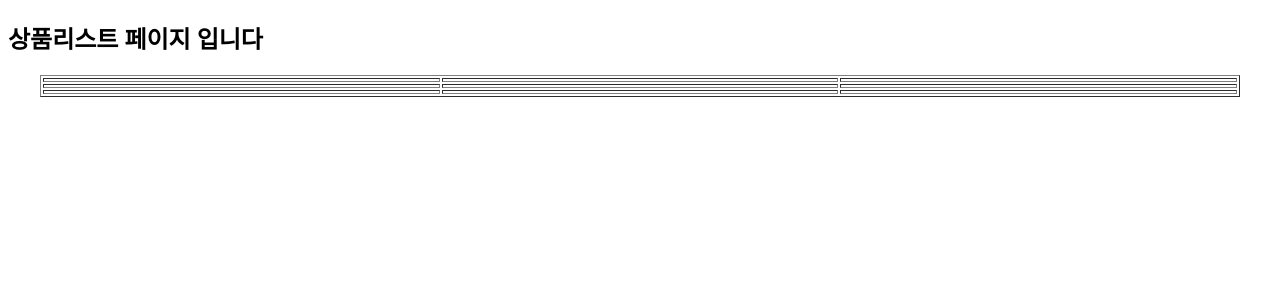
Repository: simjinbo/shoppingmall-lookbom
Page: http://localhost/lookBomProject/views/product/productListView.jsp
The author's editor kept a copy of each file at every save. The page is drawn from the files as they stood at one save, then again after the next save.
The browser window is 1280 px wide. The pictures show the whole page.
The page is served by Tomcat 9. Nobody is signed in. The application's start-up code is not run.

Above is the page before, as saved 2019-03-12 03:44:00.

After the next save:
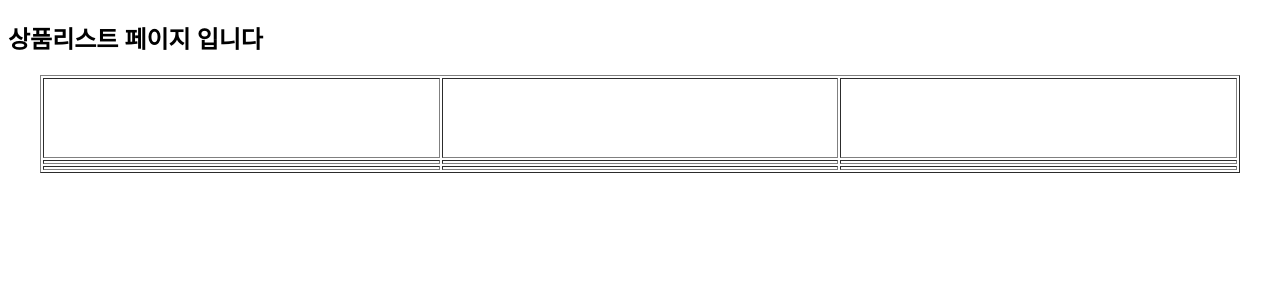
Saved 22 s later.
--- a/lookBomProject/web/views/product/productListView.jsp
+++ b/lookBomProject/web/views/product/productListView.jsp
@@ -9,7 +9,7 @@
 <body>
 <h2>상품리스트 페이지 입니다</h2>
 <table align ="center" width="1200" border="1px solid #bcbcbc">
-<tr><th></th><th></th><th></th></tr>
+<tr height="80"><th></th><th></th><th></th></tr>
 <tr><th></th><th></th><th></th></tr>
 <tr><th></th><th></th><th></th></tr>
 </table>
